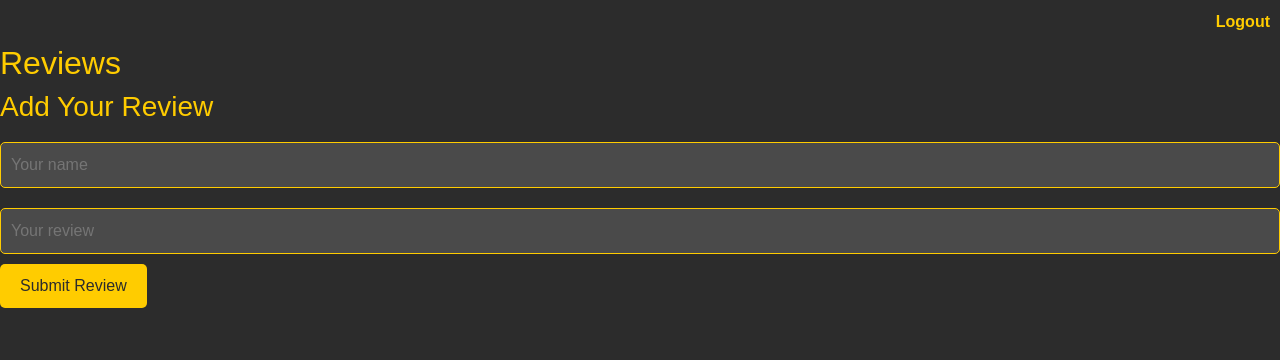
Repository: HitheshSoosaiManickam/Movie-Review-System
Page: Web_Tech/frontend/movie.html
These files come from the project's save history. The page is drawn as it stood at one moment and after the next save; the edit follows.
The browser window is 1280 px wide. The pictures show the whole page.
The page's requests for data from a server got no answer.

Above is the page before, as saved 2024-10-24 20:39:45.

### Web_Tech/frontend/movie.html
<!DOCTYPE html>
<html lang="en">
<head>
    <meta charset="UTF-8">
    <meta name="viewport" content="width=device-width, initial-scale=1.0">
    <title>Movie Reviews</title>
    <link rel="stylesheet" href="https://stackpath.bootstrapcdn.com/bootstrap/4.5.2/css/bootstrap.min.css">
    <link rel="stylesheet" href="styles.css">
</head>
<body>
    <div class="header" style="text-align: right;">
        <a href="./login.html" id="logout">Logout</a>
    </div>

    <div id="movieDetails">
        <h2>Reviews</h2>

        <div id="reviews">
            <!-- Submitted reviews will appear here -->
        </div>

        <h3>Add Your Review</h3>
        <input type="text" id="userName" placeholder="Your name">
        <input type="text" id="reviewContent" placeholder="Your review">
        <button id="submitReview">Submit Review</button>
    </div>

    <!-- JavaScript file to handle review submission -->
    <script>
        document.addEventListener("DOMContentLoaded", () => {
            const reviewsDiv = document.getElementById("reviews");
            const submitButton = document.getElementById("submitReview");
            const userName = document.getElementById("userName");
            const reviewContent = document.getElementById("reviewContent");

            // Fetch and display existing reviews from MongoDB
            async function loadReviews() {
                try {
                    const response = await fetch('http://localhost:3000/api/reviews');
                    if (!response.ok) {
                        throw new Error('Failed to fetch reviews');
                    }
                    const reviews = await response.json();

                    // Display each review
                    reviews.forEach(review => {
                        addReview(review.username, review.content);
                    });
                } catch (error) {
                    console.error('Error loading reviews:', error);
                }
            }

            // Function to display a new review
            function addReview(name, content) {
                const reviewContainer = document.createElement("div");
                reviewContainer.className = "review-item";

                const userNameElem = document.createElement("h4");
                userNameElem.textContent = name;

                const reviewText = document.createElement("p");
                reviewText.textContent = content;

                reviewContainer.appendChild(userNameElem);
                reviewContainer.appendChild(reviewText);

                reviewsDiv.appendChild(reviewContainer);
            }

            // Handle review submission
            submitButton.addEventListener("click", async () => {
                const name = userName.value.trim();
                const reviewText = reviewContent.value.trim();

                if (name && reviewText) {
                    try {
                        // Save review to the server (MongoDB)
                        const response = await fetch('http://localhost:3000/api/reviews', {
                            method: 'POST',
                            headers: {
                                'Content-Type': 'application/json',
                            },
                            body: JSON.stringify({ username: name, content: reviewText }),
                        });

                        const data = await response.json();
                        alert(data.message);

                        // Display the review on the page
                        addReview(name, reviewText);

                        // Clear input fields after submission
                        userName.value = "";
                        reviewContent.value = "";
                    } catch (error) {
                        console.error('Error submitting review:', error);
                        alert('There was an error submitting your review. Please try again.');
                    }
                } else {
                    alert("Please fill in your name and review before submitting.");
                }
            });

            // Load reviews on page load
            loadReviews();
        });
    </script>
</body>
</html>

### Web_Tech/frontend/styles.css
/* styles.css */

/* General styles */
body {
    font-family: 'Arial', sans-serif;
    background-color: #2c2c2c; /* Dark background for movie theme */
    color: #f1f1f1; /* Light text color for contrast */
    margin: 0;
    padding: 0;
}

/* Container styles */
.container {
    max-width: 800px;
    margin: 0 auto;
    padding: 20px;
    background: rgba(0, 0, 0, 0.8); /* Slightly transparent background */
    border-radius: 10px;
    box-shadow: 0 4px 20px rgba(0, 0, 0, 0.5);
}

/* Header styles */
.header {
    display: flex;
    justify-content: flex-end;
    padding: 10px;
}

.header a {
    color: #ffcc00; /* Gold color for logout link */
    text-decoration: none;
    font-weight: bold;
}

.header a:hover {
    text-decoration: underline;
}

/* Form styles */
h2, h3 {
    color: #ffcc00; /* Gold color for headers */
}

input[type="text"],
input[type="password"] {
    width: 100%;
    padding: 10px;
    margin: 10px 0;
    border: 1px solid #ffcc00; /* Gold border for inputs */
    border-radius: 5px;
    background: #4a4a4a; /* Input background color */
    color: #f1f1f1; /* Text color */
}

input[type="text"]:focus,
input[type="password"]:focus {
    border-color: #ffcc00; /* Highlight border on focus */
    outline: none;
}

/* Button styles */
button {
    background-color: #ffcc00; /* Gold button */
    color: #2c2c2c; /* Dark text */
    border: none;
    padding: 10px 20px;
    border-radius: 5px;
    cursor: pointer;
    transition: background-color 0.3s ease;
}

button:hover {
    background-color: #e6b800; /* Slightly darker gold on hover */
}

/* Review item styles */
.review-item {
    border-bottom: 1px solid #444;
    padding: 10px 0;
}

.review-item h4 {
    margin: 0;
    color: #ffcc00; /* Gold for username */
}

.review-item p {
    margin: 5px 0 0;
    color: #f1f1f1; /* Light text color for review content */
}

/* Responsive styles */
@media (max-width: 600px) {
    .container {
        padding: 15px;
    }

    button {
        width: 100%; /* Full-width button on small screens */
    }

    input[type="text"],
    input[type="password"] {
        width: calc(100% - 20px); /* Adjust input width */
    }
}

After the next save:
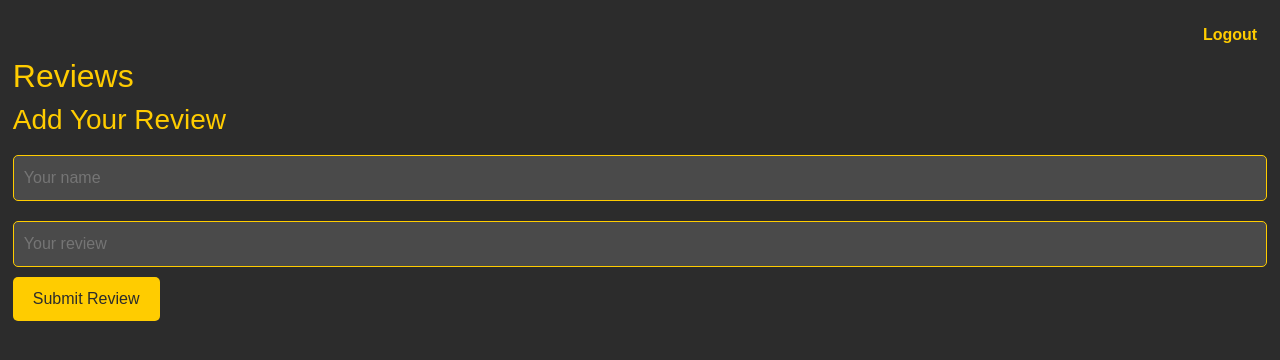
Saved 10 min 5 s later.
--- a/Web_Tech/frontend/movie.html
+++ b/Web_Tech/frontend/movie.html
@@ -7,7 +7,7 @@
     <link rel="stylesheet" href="https://stackpath.bootstrapcdn.com/bootstrap/4.5.2/css/bootstrap.min.css">
     <link rel="stylesheet" href="styles.css">
 </head>
-<body>
+<body style="padding: 1%;">
     <div class="header" style="text-align: right;">
         <a href="./login.html" id="logout">Logout</a>
     </div>
